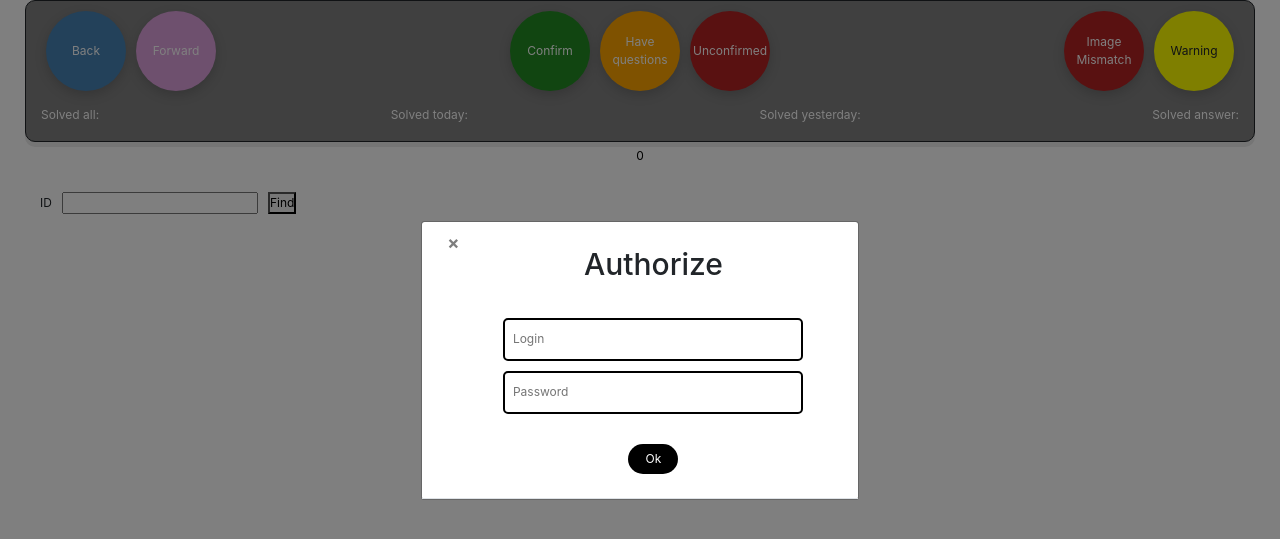
Repository: dmitryglitch/Product-Comparison
Page: /
These files come from the project's save history. The page is drawn as it stood at one moment and after the next save; the edit follows.
The browser window is 1280 px wide. The pictures show the whole page.
The page's requests for data from a server got no answer. The project was rebuilt for these pictures with package versions that can differ from the ones it lists, and the page was loaded fresh each time. No one was signed in, and anything a server would have sent is missing. Also part of the build but not shown: src/containers/App.css, src/components/Product/ProductOptions.jsx, src/components/Product/ProductImages.jsx, src/components/Product/ProductSpec.jsx, src/components/Product/Product.jsx.

Above is the page before, as saved 2020-02-17 20:10:04.

### src/index.js
import React from 'react';
import ReactDOM from 'react-dom';
import './index.css';
import App from './containers/App';
import * as serviceWorker from './serviceWorker';
import 'bootstrap/dist/css/bootstrap.min.css';
import $ from 'jquery';
import Popper from 'popper.js';
import 'bootstrap/dist/js/bootstrap.bundle.min';

import {createStore, applyMiddleware} from 'redux'
import {composeWithDevTools} from 'redux-devtools-extension';
import thunk from 'redux-thunk'

import reducer from './reducers'
import {Provider} from 'react-redux'

const store = createStore(reducer, composeWithDevTools(applyMiddleware(thunk)));

const rootElement = document.getElementById('root');
ReactDOM.render(
    <Provider store={store}>
        <App/>
    </Provider>,
    rootElement
);

// If you want your app to work offline and load faster, you can change
// unregister() to register() below. Note this comes with some pitfalls.
// Learn more about service workers: https://bit.ly/CRA-PWA
serviceWorker.unregister();

### src/index.css
html {
    height: 100vh;
    width: 100vw;
    font-size: 12px;
}

*, body {
    margin: 0;
    padding: 0;
    font-family: -apple-system, BlinkMacSystemFont, 'Segoe UI', 'Roboto', 'Oxygen',
    'Ubuntu', 'Cantarell', 'Fira Sans', 'Droid Sans', 'Helvetica Neue',
    sans-serif;
    -webkit-font-smoothing: antialiased;
    -moz-osx-font-smoothing: grayscale;
}

.root {
    display: grid;
    width: 100%;
}

code {
    font-family: source-code-pro, Menlo, Monaco, Consolas, 'Courier New',
    monospace;
}

.product-container {
    width: 100%;
    height: 100%;
    display: flex;
    justify-content: center;
    flex-direction: row;
}

.product-container-item {
    width: 50%;
    padding: 20px;
    margin: 25px;

    box-shadow: 0 5px 0 #ebebeb;
    display: flex;
    align-items: center;
    flex-direction: column;

    border: 1px solid;
    border-radius: 10px;
}


.product-container-item-name {
    width: 95%;
    height: fit-content;
    padding: 10px;

    display: flex;
    justify-content: center;
    align-items: center;
    text-align: center;
    flex-direction: column;
    box-shadow: 0 5px 0 #ebebeb;

    background-color: linen;
    border-radius: 10px;
}

/* OPTIONS */
.options-container-head {
    display: flex;
    justify-content: space-between;
    text-align: center;

    margin: 10px;
}

.options-container-head h4 {
    width: 50%;
}

.options-container {
    width: 95%;
    padding: 10px;

    display: flex;
    flex-direction: column;

    margin-top: 25px;
    background-color: aliceblue;
    border-radius: 10px;
    box-shadow: 0 5px 0 #ebebeb;
}

.options-item {
    display: flex;
    margin: 15px;
}

.options-item-name {
    width: 50%;
}

.options-item-value {
    width: 50%;
}

.options-name {
    font-weight: bold;
}

/* SPECS */
.specs-container-head {
    display: flex;
    justify-content: space-between;
    text-align: center;

    padding: 10px;
}

.specs-container-head h4 {
    width: 50%;
}

.specs-container {
    width: 95%;
    padding: 10px;

    display: flex;
    flex-direction: column;
    margin-top: 25px;

    box-shadow: 0 5px 0 #ebebeb;
    border-radius: 10px;
    background-color: lavenderblush;
}

.specs-item {
    display: flex;
    margin: 15px;
}

.specs-item-name {
    width: 50%;
}

.specs-item-value {
    width: 50%;
}

.specs-name {
    font-weight: bold;
}

.specs-notation {
    cursor: pointer;
    margin: 5px;
    text-align: center;
}

.product-container-item-name p {
    font-size: 12px;
}


.image-gallery.image-gallery-using-mouse {
    width: 100%;
}

.image-gallery-slide-wrapper.bottom {
    width: 400px;
    height: fit-content;
}

.image-gallery-content.bottom {
    position: relative;
    line-height: 0;
    top: 0;
    display: flex;
    flex-direction: column;
    align-items: center;
}

.image-gallery-thumbnails-container {
    display: flex;
    flex-wrap: wrap;
}

.image-gallery-thumbnail {
    width: 70px !important;
    height: 70px;
}

.line {
    width: 100%;
    height: 1px;
    background-color: black;
}

.image-gallery-container {
    margin: 25px;
}

.image-gallery.image-gallery-using-mouse {
    display: flex;
    justify-content: center;
    align-items: center;
}

.image-gallery-content.bottom.fullscreen {
    width: 50%;
}

.image-gallery-slide-wrapper.bottom {
    width: 100%;
}

/*BUTTON-BAR*/
.button-bar-content {
    display: flex;
    flex-direction: column;
    justify-content: space-between;
    padding: 5px 15px 5px 15px;
    margin: 0 25px 5px 25px;
    border: 1px solid;
    border-radius: 10px;
    background-color: gray;
    box-shadow: 0 5px 0 #ebebeb;
}

.button-bar-content-top {
    display: flex;
    justify-content: space-between;
}

.button-bar-content-center-bt {
    display: flex;
}

.button-bar-content-center button {
    margin: 5px;
}

.button-bar-info-content {
    text-align: center;
    color: black;
}

.button-bar-content-left button {
    width: 80px;
    height: 80px;
    margin: 5px;
    border-radius: 100px;
    cursor: pointer;
    box-shadow: 0px 4px 12px rgba(0, 0, 0, 0.17);
    border: 0;
    color: #fff;
}

.btn-back{
    background-color: steelblue;
}

.btn-forward{
    background-color: plum;
}

.btn-confirm {
    width: 80px;
    height: 80px;
    border-radius: 100px;
    background-color: forestgreen;
    cursor: pointer;
    box-shadow: 0px 4px 12px rgba(0, 0, 0, 0.17);
    border: 0;
    color: #fff;
}

.btn-questions {
    width: 80px;
    height: 80px;
    border-radius: 100px;
    background-color: orange;
    cursor: pointer;
    box-shadow: 0px 4px 12px rgba(0, 0, 0, 0.17);
    border: 0;
    color: #fff;
}

.btn-unconfirmed {
    width: 80px;
    height: 80px;
    border-radius: 100px;
    background-color: firebrick;
    cursor: pointer;
    box-shadow: 0px 4px 12px rgba(0, 0, 0, 0.17);
    border: 0;
    color: #fff;
}

.btn-warning {
    width: 80px;
    height: 80px;
    border-radius: 100px;
    background-color: yellow !important;
    cursor: pointer;
    box-shadow: 0px 4px 12px rgba(0, 0, 0, 0.17);
    border: 0;
    color: #000;
}

.btn-mismatch {
    width: 80px;
    height: 80px;
    border-radius: 100px;
    background-color: firebrick;
    cursor: pointer;
    box-shadow: 0px 4px 12px rgba(0, 0, 0, 0.17);
    border: 0;
    color: #fff;
}

.button-modal-auth {
    display: none;
}

.button-bar-content-right {
    display: flex;
}

.button-bar-content-right button {
    margin: 5px;
}

/*.button-bar-contaner {*/
/*    width: 100%;*/
/*    position: absolute;*/
/*    bottom: 0;*/
/*}*/

.logout {
    display: flex;
    justify-content: flex-end;
    align-items: center;
    padding: 10px;
}

.modal-body.modal-auth-body {
    text-align: center;
    justify-content: center;
    align-items: center;
    flex-direction: column;
    height: fit-content;
    width: 100%;
}

.auth-button {
    width: 50px;
}

.modal-body-input-form {
    display: flex;
    flex-direction: column;
    padding: 30px;
}

.modal-body-input-form input {
    width: 300px;
}

.modal-body-input-login {
    margin-bottom: 10px;
    border: 2px double;
    border-radius: 5px;
    padding: 10.5px 8px;
}

.modal-body-input-password {
    border: 2px double;
    border-radius: 5px;
    padding: 10.5px 8px;
}

.modal-auth {
    display: flex !important;
    width: 100%;
    height: 100%;
    justify-content: center;
    align-items: center;
}

.modal-auth-dialog {
    width: 500px;
}

.logout-user-name {

    margin-right: 10px;
}

.modal-header .close {
    padding: 5px;
    width: 40px;
    height: 40px;
}

.modal-body-input-form {
    display: flex;
    flex-direction: column;
    padding: 30px;
}

.modal-body-button-form button {
    width: 50px;
    background-color: #000;
    border: 0 solid transparent;
    cursor: pointer !important;
    color: #fff;
    border-radius: 100px;
    outline: none;
    height: 30px;
}

/*STATISTIC*/
.statistic-container {
    display: flex;
    justify-content: space-between;
    align-items: center;
    margin-top: 10px;
    color: #fff;
}

/* SEARCH */
.search-content {
    padding: 5px 15px 5px 15px;
    margin: 0 25px 5px 25px;
}

.search-content input{
    margin: 10px;
}

### src/reducers/index.js
import { combineReducers } from 'redux';
import product from './product';
import user from './user'

export default combineReducers({
    product,
    user
})

### src/components/ButtonBar/ButtonBar.jsx
import React from 'react'


const ButtonBar = ({
                       idCurrentCoupleProduct,
                       sendAnswerCoupleProduct,
                       getBackCoupleProducts,
                       getForwardCoupleProducts,
                       dateCoupleProducts,
                       answerUser,
                       statistics
                   }) => {

    const handleClick = (answer) => {
        sendAnswerCoupleProduct(idCurrentCoupleProduct, answer);
    };

    const handleClickOnBackButton = () => {
        getBackCoupleProducts(dateCoupleProducts)
    };

    const handleClickOnForwardButton = () => {
        getForwardCoupleProducts(dateCoupleProducts)
    };

    return (
        <>
            <div className="button-bar-content">
                <div className="button-bar-content-top">
                    <div className="button-bar-content-left">
                        <button className="btn-back" onClick={handleClickOnBackButton}>Back</button>
                        <button className="btn-forward" onClick={handleClickOnForwardButton}>Forward</button>
                    </div>
                    <div className="button-bar-content-center">
                        <div className="button-bar-content-center-bt">
                            <button className="btn-confirm" onClick={() => handleClick('confirm')}>Confirm</button>
                            <button className="btn-questions" onClick={() => handleClick('questions')}>Have questions
                            </button>
                            <button className="btn-unconfirmed" onClick={() => handleClick('unconfirmed')}>Unconfirmed
                            </button>
                        </div>
                    </div>
                    <div className="button-bar-content-right">
                        <button className="btn-mismatch" onClick={() => handleClick('unconfirmed_image')}>Image
                            Mismatch
                        </button>
                        <button className="btn-warning" onClick={() => handleClick('warning')}>Warning</button>
                    </div>
                </div>
                <div className="button-bar-content-down">
                    <div className="statistic-container">
                        <p>Solved all: {statistics.all}</p>
                        <p>Solved today: {statistics.today}</p>
                        <p>Solved yesterday: {statistics.yesterday}</p>
                        <p>Solved answer: {answerUser}</p>

                    </div>
                </div>
            </div>
            <div className="button-bar-info">
                <div className="button-bar-info-content">
                    <p>{idCurrentCoupleProduct}</p>
                </div>
            </div>
        </>
    )
};

export default ButtonBar;

### src/components/ModalAuth/ModalAuth.js
import React from "react";

class ModalAuth extends React.Component {
    state = {
        login: "",
        password: ""
    };

    authUser = () => {
        let {login, password} = this.state;
        this.props.onSendLoginUser(login, password);
    };

    handleChange = e => {
        let classNameInput = e.target.className;
        let valueInput = e.target.value;

        if (classNameInput === "modal-body-input-login") {
            this.setState({login: valueInput});
        } else {
            this.setState({password: valueInput});
        }
    };

    render() {
        return (
            <div
                className="modal fade modal-auth"
                id="modal-auth"
                tabIndex="-1"
                role="dialog"
                aria-labelledby="exampleModalLabel"
                aria-hidden="true"
                data-backdrop="static"
                data-keyboard="false"
            >
                <div className="modal-dialog modal-auth-dialog" role="document">
                    <div className="modal-content">
                        <div className="modal-header">
                            <button
                                type="button"
                                className="close"
                                data-dismiss="modal"
                                aria-label="Close"
                            >
                <span className="span-aria-hidden" aria-hidden="true">
                  &times;
                </span>
                            </button>
                            <div className="modal-body modal-auth-body">
                                <div className="modal-body-header">
                                    <h1>Authorize</h1>
                                </div>
                                <div className="modal-body-input-form">
                                    <input
                                        onChange={this.handleChange}
                                        className="modal-body-input-login"
                                        placeholder="Login"
                                        type="text"
                                    />
                                    <input
                                        onChange={this.handleChange}
                                        className="modal-body-input-password"
                                        placeholder="Password"
                                        type="password"
                                    />
                                </div>
                                <div className="modal-body-button-form">
                                    <button className="auth-button" onClick={this.authUser}>
                                        Ok
                                    </button>
                                </div>
                            </div>
                        </div>
                    </div>
                </div>
            </div>
        );
    }
}

export default ModalAuth;

### src/components/Search/Search.jsx
import React, {Component} from 'react';

class Search extends Component {
    state = {
        id: ''
    };

    handleClick = () => {
        this.props.searchCoupleProducts(this.state.id)
    };

    render() {
        return (
            <>
                <div className="search-content">
                    <span>ID</span>
                    <input onChange={(e) => { this.setState({id: e.target.value}) }} type="text"/>
                    <button onClick={this.handleClick}>Find</button>
                </div>
            </>
        )
    }

}

export default Search;

### src/components/Review/Review.js
import React, { Component } from "react";

class Review extends Component {
  render() {
    return (<>
      <div className="review content">

      </div>
    </>);
  }
}

export default Review;

### src/actions/user.js
export const sendUserLogin = (userName, password) => dispatch => {
    dispatch({type: 'SEND_LOGIN_USER_STARTED'});

    let data = new FormData();
    data.append('userName', userName);
    data.append('password', password);

    fetch(
        'http://match-dev.protarget.pro/backend/isLogined.php', {
            method: "POST",
            credentials: 'same-origin',
            headers: {Accept: "application/json"},
            body: data,
        })
        .then(res => res.json())
        .then(json => {
            console.log(json);
            if (json.result === 'ok') {
                dispatch({type: 'SEND_LOGIN_USER_SUCCESS', payload: json.userName});
                window.location.reload();
            } else {
                // console.log(json.errtext);
                alert(json.errtext)
            }
        })
        .catch(error => dispatch({type: 'SEND_LOGIN_USER_ERROR', payload: error}));
};

export const logOut = (userName, password) => dispatch => {
    dispatch({type: 'LOGOUT_USER_STARTED'});

    let data = new FormData();
    data.append('userName', userName);
    data.append('password', password);

    fetch(
        'http://match-dev.protarget.pro/backend/logOut.php', {
            method: "POST",
            credentials: 'same-origin',
            headers: {Accept: "application/json"},
            body: data,
        })
        .then(res => res.json())
        .then(json => {
            console.log(json);
            if (json.result === 'ok') {
                dispatch({type: 'LOGOUT_USER_SUCCESS', payload: json.userName});
                window.location.reload();
            } else {
                // console.log(json.errtext);
                alert(json.errtext)
            }
        })
        .catch(error => dispatch({type: 'LOGOUT_USER_ERROR', payload: error}));
};

### src/actions/buttonbar.js
import { getCoupleProducts } from "./product";

export const sendAnswerCoupleProduct = (id, answer) => dispatch => {
  dispatch({ type: "SEND_ANSWER_STARTED" });
  console.log("ID", id);
  console.log("ANSWER", answer);

  let data = new FormData();
  data.append("id", id);
  data.append("answer", answer);

  fetch("http://match-dev.protarget.pro/backend/setUserAnswer.php", {
    method: "POST",
    credentials: "same-origin",
    headers: { Accept: "application/json" },
    body: data
  })
    .then(res => res.json())
    .then(json => {
      dispatch({ type: "SEND_ANSWER_SUCCESS", payload: data });
      console.log(json);

      if (json.check === true) {
        dispatch(getCoupleProducts());
      }
    })
    .catch(error => {
      dispatch({ type: "SEND_ANSWER_ERROR", payload: error });
      alert(error);
    });
};

### src/reducers/product.js
const initialState = {
    isFetching: false,
    isError: null,
    id: 0,
    date: null,
    answerUser: null,
    statistics: {},
    id_answer: 0,
    result: null,
    massProducts: null
};

const product = (state = initialState, action) => {
    switch (action.type) {
        case 'GET_COUPLE_PRODUCTS_SUCCESS':
            return {
                ...state,
                isFetching: false,
                isError: null,
                isLogin: true,
                id: action.payload.id,
                date: action.payload.date,
                answerUser: action.payload.answerUser,
                statistics: action.payload.statistics,
                id_answer: action.payload.id_answer,
                result: action.payload.result,
                massProducts: action.payload.massProducts
            };

        case 'GET_BACK_COUPLE_PRODUCTS_SUCCESS':
            return {
                ...state,
                isFetching: false,
                isError: null,
                isLogin: true,
                id: action.payload.id,
                date: action.payload.date,
                answerUser: action.payload.answerUser,
                statistics: action.payload.statistics,
                id_answer: action.payload.id_answer,
                result: action.payload.result,
                massProducts: action.payload.massProducts
            };

        case 'GET_FORWARD_COUPLE_PRODUCTS_SUCCESS':
            return {
                ...state,
                isFetching: false,
                isError: null,
                isLogin: true,
                id: action.payload.id,
                date: action.payload.date,
                answerUser: action.payload.answerUser,
                statistics: action.payload.statistics,
                id_answer: action.payload.id_answer,
                result: action.payload.result,
                massProducts: action.payload.massProducts
            };

        case 'SEARCH_COUPLE_PRODUCTS_SUCCESS':
            return {
                ...state,
                isFetching: false,
                isError: null,
                isLogin: true,
                id: action.payload.id,
                date: action.payload.date,
                answerUser: action.payload.answerUser,
                statistics: action.payload.statistics,
                id_answer: action.payload.id_answer,
                result: action.payload.result,
                massProducts: action.payload.massProducts
            };

        case 'GET_COUPLE_PRODUCTS_STATED':
        case 'GET_BACK_COUPLE_PRODUCTS_STATED':
        case 'GET_FORWARD_COUPLE_PRODUCTS_STATED':
        case 'SEARCH_COUPLE_PRODUCTS_STATED':
            return {
                ...state,
                isFetching: true,
                isError: null
            };

        case 'GET_COUPLE_PRODUCTS_LOGIN_ERROR':
        case 'GET_BACK_COUPLE_PRODUCTS_LOGIN_ERROR':
        case 'GET_FORWARD_COUPLE_PRODUCTS_LOGIN_ERROR':
        case 'SEARCH_PRODUCTS_LOGIN_ERROR':
            return {
                ...state,
                isFetching: true,
                isError: null,
                isLogin: false
            };

        case 'GET_COUPLE_PRODUCTS_ERROR':
        case 'GET_BACK_COUPLE_PRODUCTS_ERROR':
        case 'GET_FORWARD_COUPLE_PRODUCTS_ERROR':
        case 'SEARCH_COUPLE_PRODUCTS_ERROR':
            return {
                ...state,
                isFetching: false,
                isError: action.payload
            };

        default:
            return state;
    }
};

export default product

### src/reducers/user.js
const initialState = {
    userName: '',
    isLogin: false,
    isFetching: true,
    isError: null
};

const user = (state = initialState, action) => {
    switch (action.type) {
        case 'SEND_LOGIN_USER_SUCCESS':
            return {
                ...state,
                userName: action.payload,
                isFetching: false,
                isError: null,
                isLogin: true,
            };

        case 'LOGOUT_USER_SUCCESS':
            return {
                ...state,
                userName: '',
                isFetching: false,
                isError: null,
                isLogin: false,
            };

        case 'SEND_LOGIN_USER_STARTED':
        case 'LOGOUT_USER_STARTED':
            return {
                ...state,
                isFetching: true,
                isError: null
            };

        case 'SEND_LOGIN_USER_ERROR':
        case 'LOGOUT_USER_ERROR':
            return {
                ...state,
                isFetching: false,
                isError: action.payload
            };


        default:
            return state;
    }

};

export default user

### src/components/Review/Inputs.jsx
import React from "react";

const Inouts = () => {
  return <>
  </>;
};

export default Inouts;

Loaded but not shown: public/index.html (common file); src/serviceWorker.js (common file); src/actions/product.js (158 lines, source omitted); src/containers/App.js (127 lines, source omitted)

After the next save:
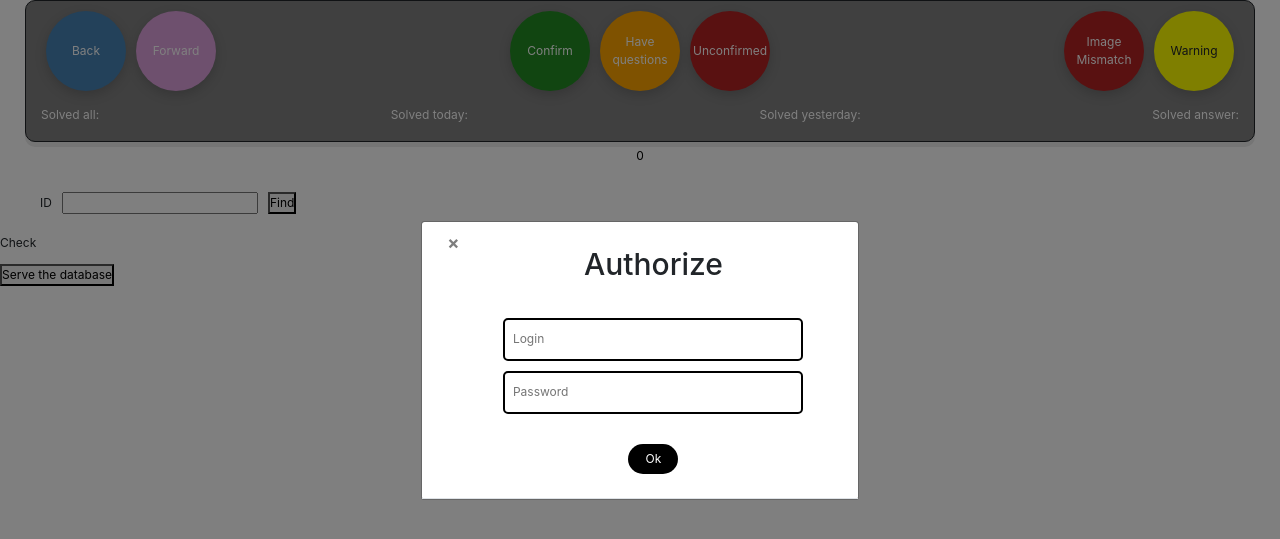
Saved 6 min 37 s later.
--- a/src/components/Review/Review.js
+++ b/src/components/Review/Review.js
@@ -1,12 +1,22 @@
 import React, { Component } from "react";
+import Inputs from "./Inputs";
 
 class Review extends Component {
   render() {
-    return (<>
-      <div className="review content">
-
-      </div>
-    </>);
+    return (
+      <>
+        <div className="eview-content-head">
+          <p>Check</p>
+        </div>
+        <div className="review-content">
+          <div className="review-content-left">
+            <Inputs />
+            <button>Serve the database</button>
+          </div>
+          <div className="review-content-right"></div>
+        </div>
+      </>
+    );
   }
 }
 
